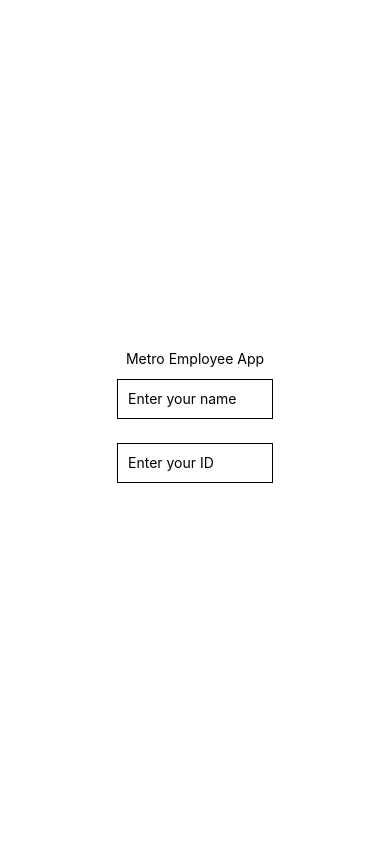
Repository: VishnuJG/Metro-Employee-App
Screen: /
An editor plug-in stored every save of this project. The screen is shown before and after the next save, followed by the edit.
The app was drawn by React Native's web renderer in a window 390 px wide. The project was rebuilt for these pictures with package versions that can differ from the ones it lists, and the page was loaded fresh each time.

Above is the screen before, as saved 2022-06-28 12:40:03.

After the next save:
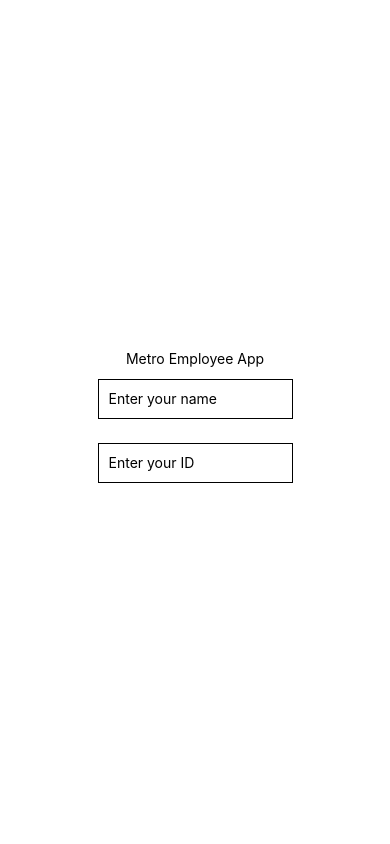
Saved 5 s later.
--- a/App.js
+++ b/App.js
@@ -47,7 +47,7 @@ const styles = StyleSheet.create({
     height: 40,
     margin: 12,
     borderWidth: 1,
-    width:'40%',
+    width:'50%',
     padding: 10,
   },
   inputForm:{
